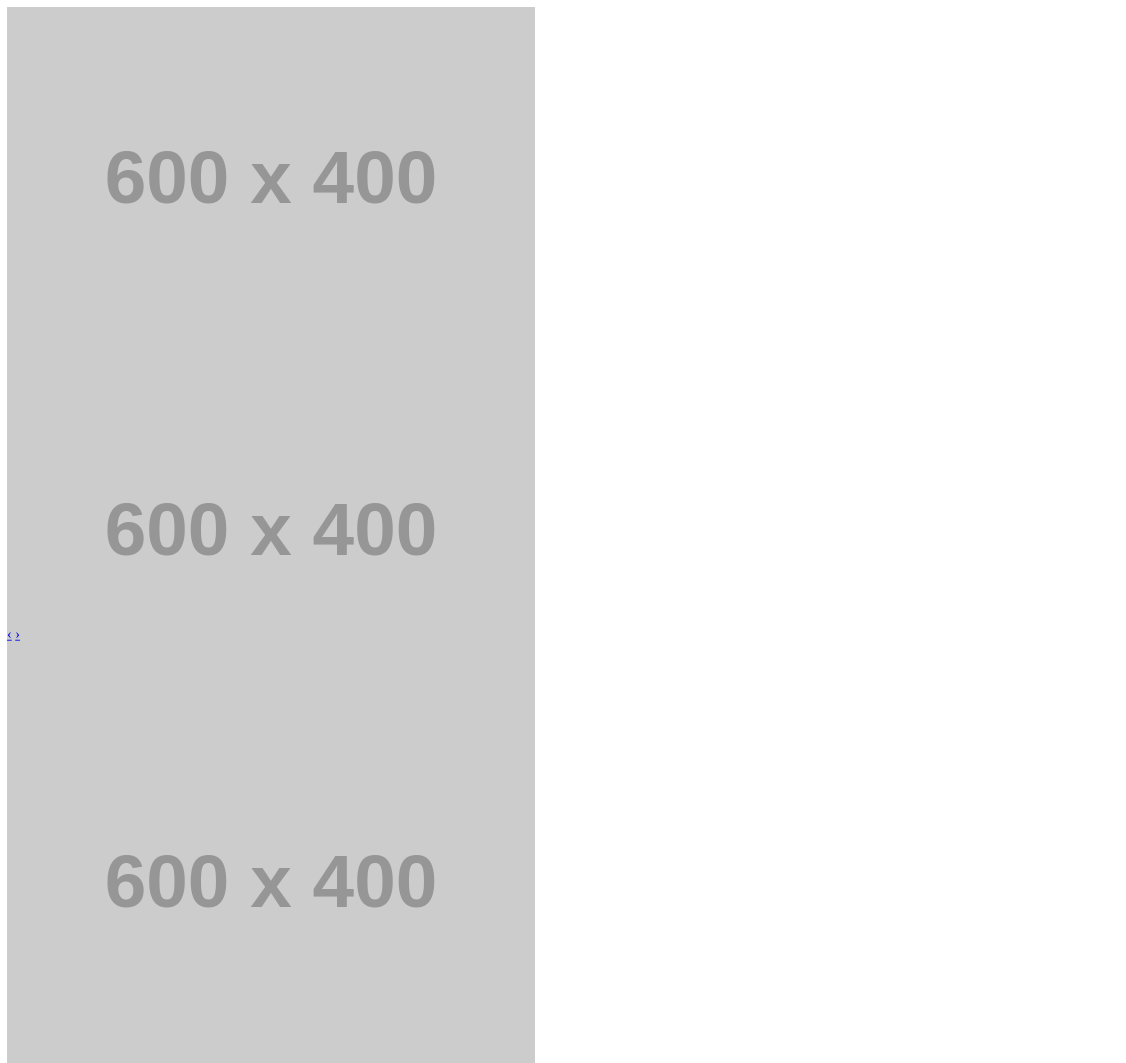
Repository: aneishkumar/AngularJS-Application
Page: AngularJs-Application-march28th/project2/WebContent/home.html
These files come from the project's save history. The page is drawn as it stood at one moment and after the next save; the edit follows.
The browser window is 1280 px wide. The pictures show the whole page, at 88% of full size.

Above is the page before, as saved 2018-03-27 22:42:02.

After the next save:
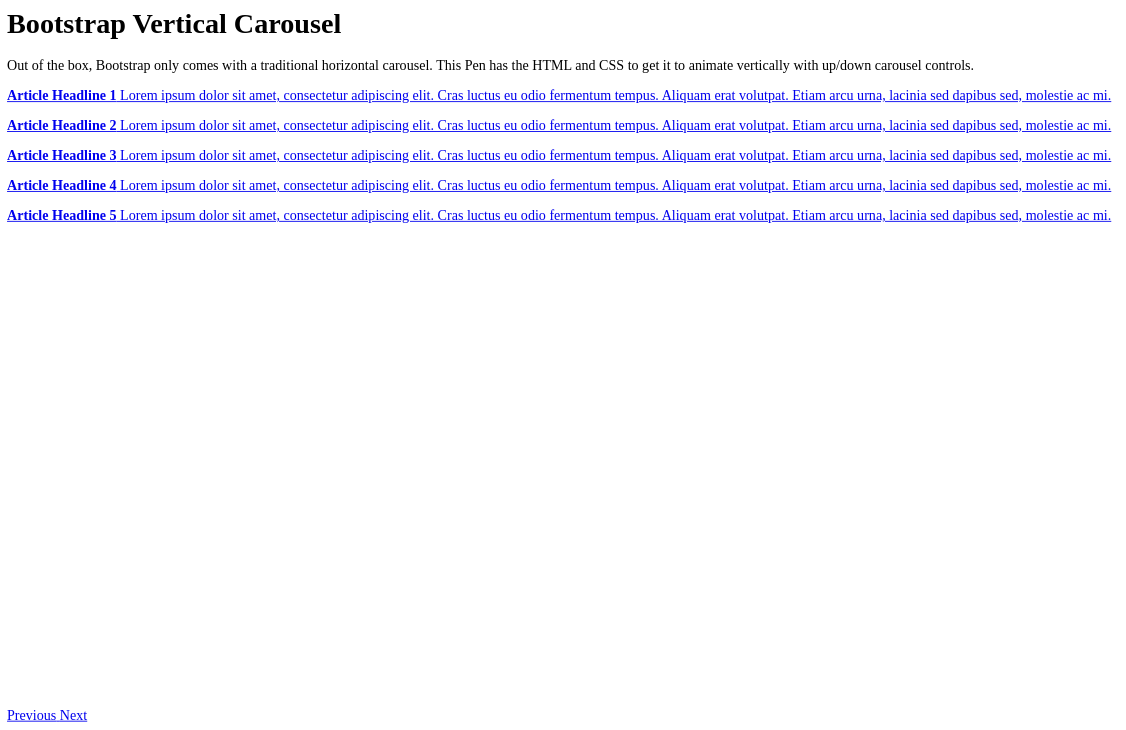
Saved 86 s later.
--- a/AngularJs-Application-march28th/project2/WebContent/home.html
+++ b/AngularJs-Application-march28th/project2/WebContent/home.html
@@ -41,24 +41,62 @@
 }
 </style>
 <div class="container">
+  <div class="page-header">
+    <h1>Bootstrap Vertical Carousel</h1>
+    <p class="lead">Out of the box, Bootstrap only comes with a traditional horizontal  carousel. This Pen has the HTML and CSS to get it to animate vertically with up/down carousel controls.</p>
+  </div>
+</div>
 
-    <div class="row">
-        <div id="myCarousel" class="carousel slide vertical">
-            <!-- Carousel items -->
-            <div class="carousel-inner">
-                <div class="active item">
-                    <img src="http://placehold.it/600x400&text=First+Slide">
-                </div>
-                <div class="item">
-                    <img src="http://placehold.it/600x400&text=Second+Slide">
-                </div>
-                <div class="item">
-                    <img src="http://placehold.it/600x400&text=Third+Slide">
-                </div>
-            </div>
-            <!-- Carousel nav -->
-            <a class="carousel-control left" href="#myCarousel" data-slide="prev">&lsaquo;</a>
-            <a class="carousel-control right" href="#myCarousel" data-slide="next">&rsaquo;</a>
+<div class="bg-info">
+  <div class="container">
+    <div id="carousel-example-vertical" class="carousel vertical slide">
+      <div class="carousel-inner" role="listbox">
+        <div class="item active">
+          <p class="ticker-headline">
+            <a href="#">
+              <strong>Article Headline 1</strong> Lorem ipsum dolor sit amet, consectetur adipiscing elit. Cras luctus eu odio fermentum tempus. Aliquam erat volutpat. Etiam arcu urna, lacinia sed dapibus sed, molestie ac mi.
+            </a>
+          </p>
         </div>
+        <div class="item">
+          <p class="ticker-headline">
+            <a href="#">
+              <strong>Article Headline 2</strong> Lorem ipsum dolor sit amet, consectetur adipiscing elit. Cras luctus eu odio fermentum tempus. Aliquam erat volutpat. Etiam arcu urna, lacinia sed dapibus sed, molestie ac mi.
+            </a>
+          </p>
+        </div>
+        <div class="item">
+          <p class="ticker-headline">
+            <a href="#">
+              <strong>Article Headline 3</strong> Lorem ipsum dolor sit amet, consectetur adipiscing elit. Cras luctus eu odio fermentum tempus. Aliquam erat volutpat. Etiam arcu urna, lacinia sed dapibus sed, molestie ac mi.
+            </a>
+          </p>
+        </div>
+        <div class="item">
+          <p class="ticker-headline">
+            <a href="#">
+              <strong>Article Headline 4</strong> Lorem ipsum dolor sit amet, consectetur adipiscing elit. Cras luctus eu odio fermentum tempus. Aliquam erat volutpat. Etiam arcu urna, lacinia sed dapibus sed, molestie ac mi.
+            </a>
+          </p>
+        </div>
+        <div class="item">
+          <p class="ticker-headline">
+            <a href="#">
+              <strong>Article Headline 5</strong> Lorem ipsum dolor sit amet, consectetur adipiscing elit. Cras luctus eu odio fermentum tempus. Aliquam erat volutpat. Etiam arcu urna, lacinia sed dapibus sed, molestie ac mi.
+            </a>
+          </p>
+        </div>
+      </div>
+
+      <!-- Controls -->
+      <a class="up carousel-control" href="#carousel-example-vertical" role="button" data-slide="prev">
+        <span class="glyphicon glyphicon-chevron-up" aria-hidden="true"></span>
+        <span class="sr-only">Previous</span>
+      </a>
+      <a class="down carousel-control" href="#carousel-example-vertical" role="button" data-slide="next">
+        <span class="glyphicon glyphicon-chevron-down" aria-hidden="true"></span>
+        <span class="sr-only">Next</span>
+      </a>
     </div>
+  </div>
 </div>
